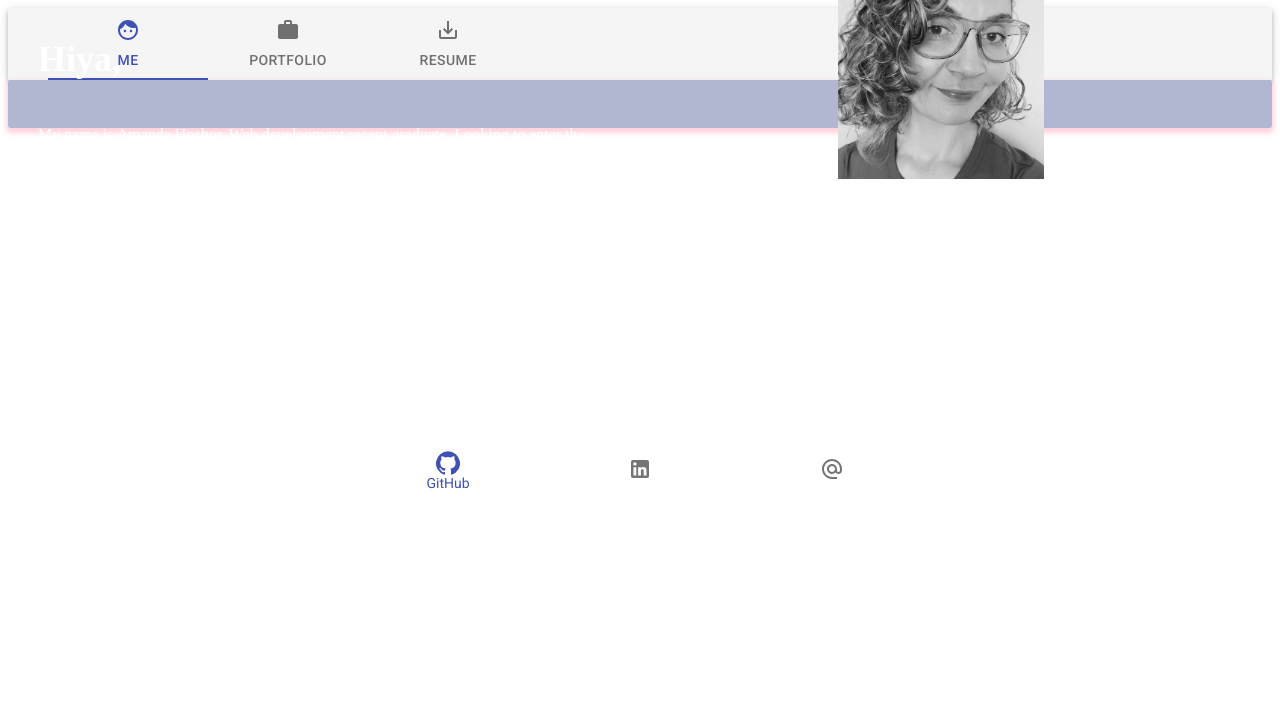
Repository: mandahos/hoshor
Page: /
These files come from the project's save history. The page is drawn as it stood at one moment and after the next save; the edit follows.
The browser window is 1280 px wide. The pictures show the whole page.
The project was rebuilt for these pictures with package versions that can differ from the ones it lists, and the page was loaded fresh each time. Also part of the build but not shown: src/components/Portfolio/index.js, src/components/Resume/index.js. Imported but missing from the stored project, and not drawn on this page: src/assets/resume/Amanda_Hoshor_Resume.PDF, src/assets/resume/Resume_Hoshor (1).pdf.

Above is the page before, as saved 2021-08-22 08:20:52.

After the next save:
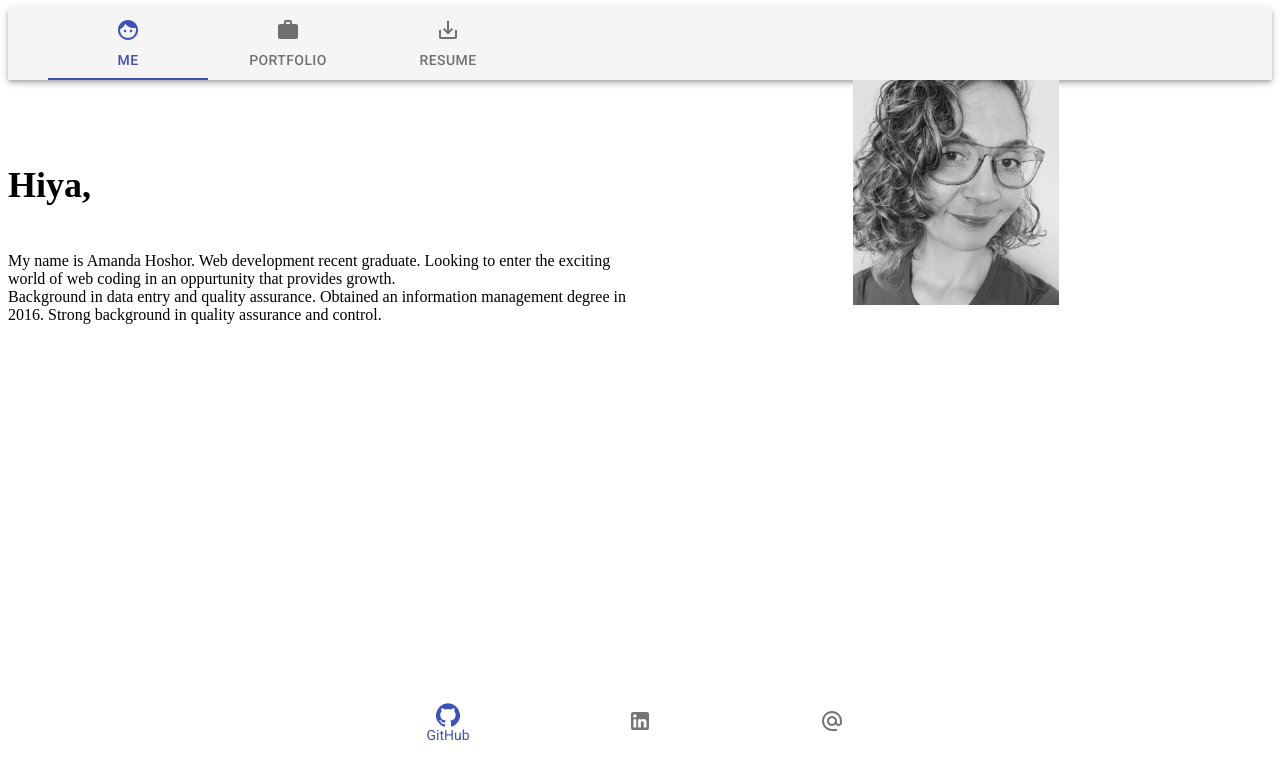
Saved 13 s later.
--- a/src/components/Me/index.js
+++ b/src/components/Me/index.js
@@ -36,7 +36,7 @@ const Me = () => {
         spacing={{ base: 8, md: 10 }}
         py={{ base: 20, md: 28 }}
         direction={{ base: 'column', md: 'row' }}
-        className={classes.root}>
+        >
 
         <Stack flex={1} spacing={{ base: 5, md: 10 }}>
           <Heading
